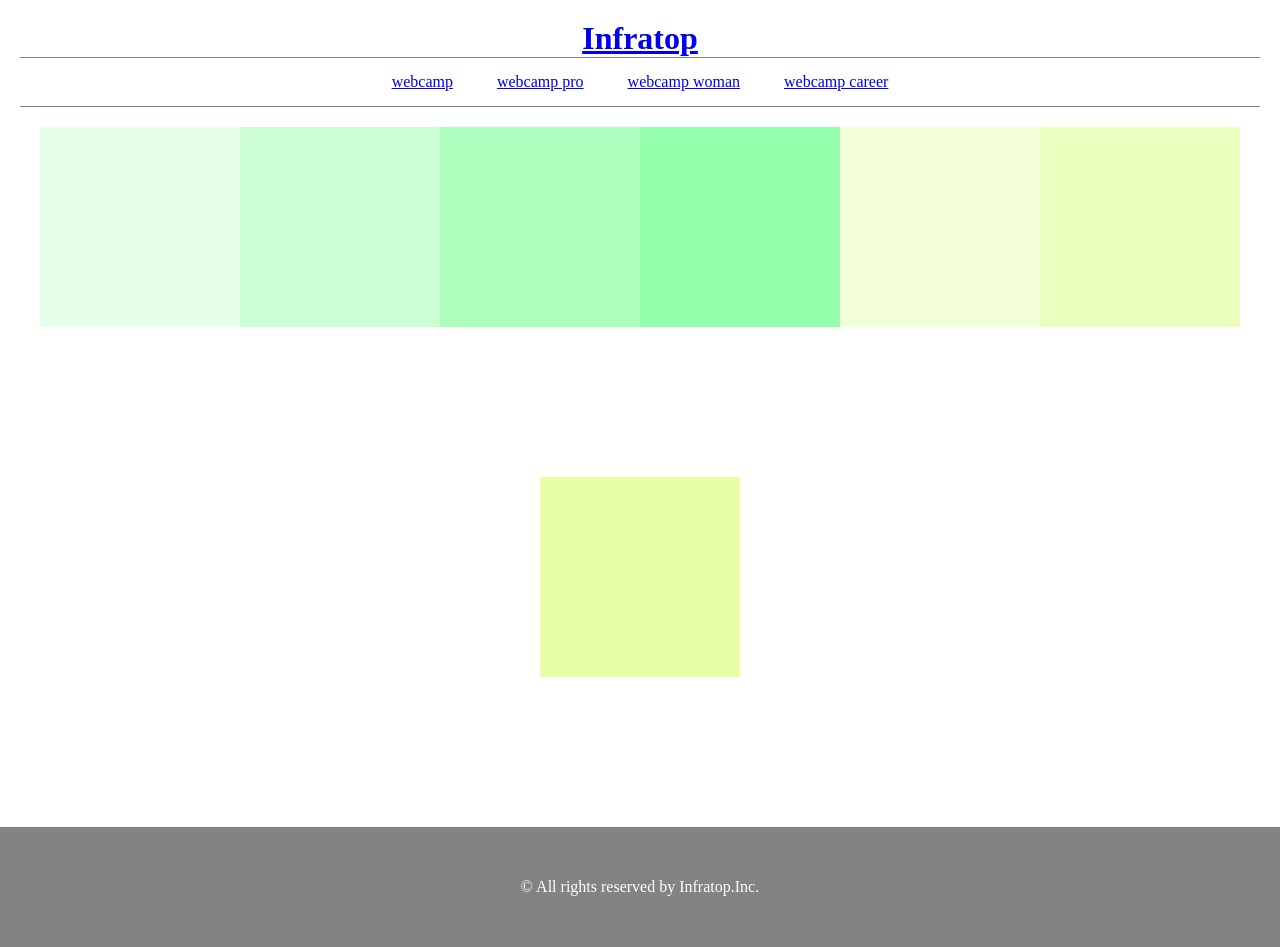
Repository: tkikokiko/webcamp-practice
Page: 1-5/index1-5.html
The author's editor kept a record of every edit. The page is drawn from the files as they stood at one moment, then again after the next edit.
The browser window is 1280 px wide. The pictures show the whole page.

Above is the page before.

After the next edit:
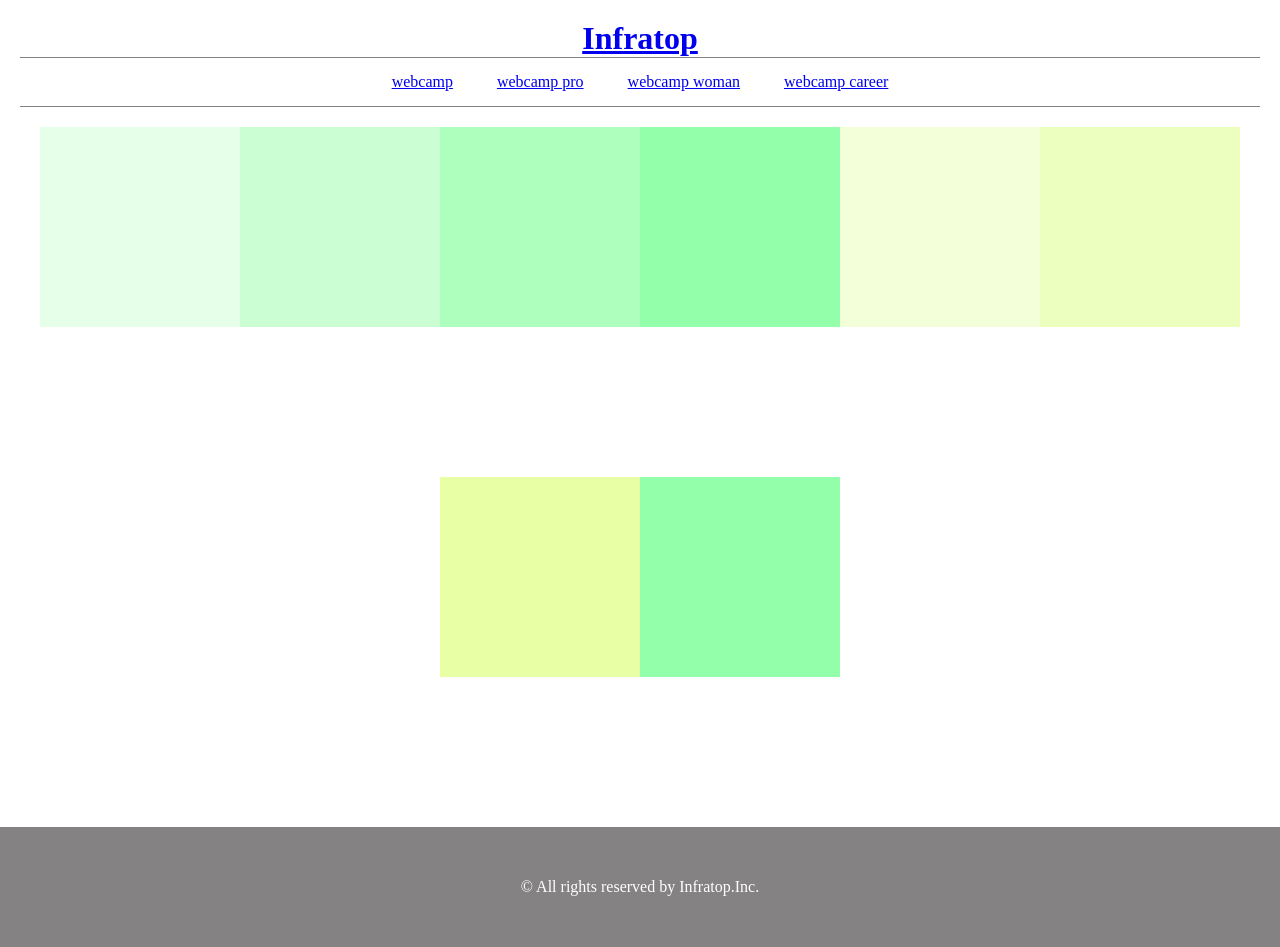
The edit:
--- a/1-5/style1-5.css
+++ b/1-5/style1-5.css
@@ -77,7 +77,7 @@
   height: 200px;
   background-color: #e9ffa5;
 }
-.box1-right {
+.box2-right {
   width: 200px;
   height: 200px;
   background-color: #93ffab;
